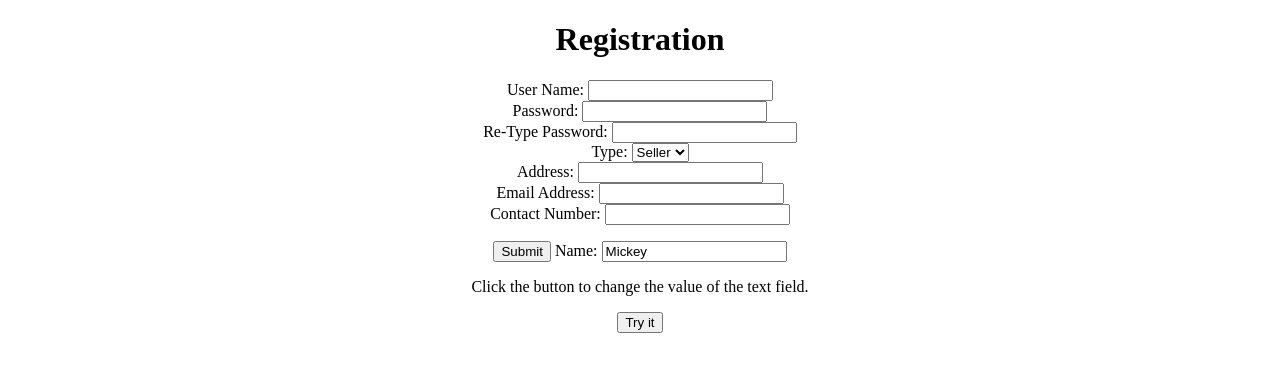
Repository: HariharanMiracle/CodeComplexity
Page: http://localhost/Paf_assignment/Register.jsp
An editor plug-in stored every save of this project. The page is shown before and after the next save, followed by the edit.
The browser window is 1280 px wide. The pictures show the whole page.
The page is served by Tomcat 9. Other server files are loaded and not shown.

Above is the page before, as saved 2019-04-29 19:49:28.

### Paf_assignment/WebContent/Register.jsp
<%@ page language="java" contentType="text/html; charset=ISO-8859-1"
    pageEncoding="ISO-8859-1"%>
<!DOCTYPE html>
<html>
<head>
<meta charset="ISO-8859-1">
<title>Insert title here</title>
</head>
<body>


				<!-- Main Content -->
				<form style = "text-align: center" action="paf/member/Register" method="POST" onsubmit="return validate()">
					<h1>Registration</h1>
					<label>User Name:</label> <input type="text" name="username" id = "username" required/><br/>
					<label>Password:</label> <input type="password" name="password" id = "pw" required/><br/>
					<label>Re-Type Password:</label> <input type="password" name="rpassword" id = "cpw" required/><br/>
					<label>Type:</label>
					<select name = "type">
					  <option value="Seller">Seller</option>
					  <option value="Buyer">Buyer</option>
					</select><br/>
					<label>Address:</label> <input type="text" name="address" id="address" required/><br/>
					<label>Email Address:</label> <input type="email" name="mailAddress" required/><br/>
					<label>Contact Number:</label> <input type="text" name="contactNumber"  id="contactNumber" required/><br/>
					<p id = "gg"></p>
					<input type="submit" value="Submit"/>
					Name: <input type="text" id="myText" value="Mickey">

<p>Click the button to change the value of the text field.</p>

<button onclick="myFunction()">Try it</button>
				</form>

<script type="text/javascript">
			function validate(){
				var pw =  document.getElementById("pw").value;
				var cpw =  document.getElementById("cpw").value;
				var username =  document.getElementById("username").value;
				var contactNumber =  document.getElementById("contactNumber").value;
				var address =  document.getElementById("address").value;
				var letters = /^[A-Za-z]+$/;
				var numeric = /^[0-9]+$/;
				var alphaNumeric = /^[0-9a-zA-Z]+$/;
				if(pw == cpw){
					return true;
				}
				else{
					alert("ddfd");
					document.getElementById("myText").value = "Johnny Bravo";
					return false;
				}
			}



</script>
</body>
</html>

After the next save:
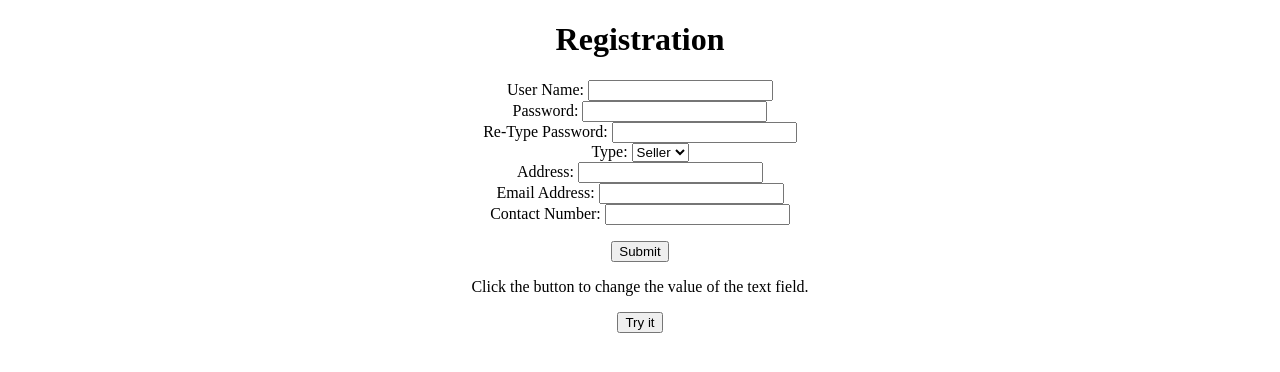
Saved 95 s later.
--- a/Paf_assignment/WebContent/Register.jsp
+++ b/Paf_assignment/WebContent/Register.jsp
@@ -25,7 +25,7 @@
 					<label>Contact Number:</label> <input type="text" name="contactNumber"  id="contactNumber" required/><br/>
 					<p id = "gg"></p>
 					<input type="submit" value="Submit"/>
-					Name: <input type="text" id="myText" value="Mickey">
+					<p type="text" id="myText" value="Mickey"></p>
 
 <p>Click the button to change the value of the text field.</p>
 
